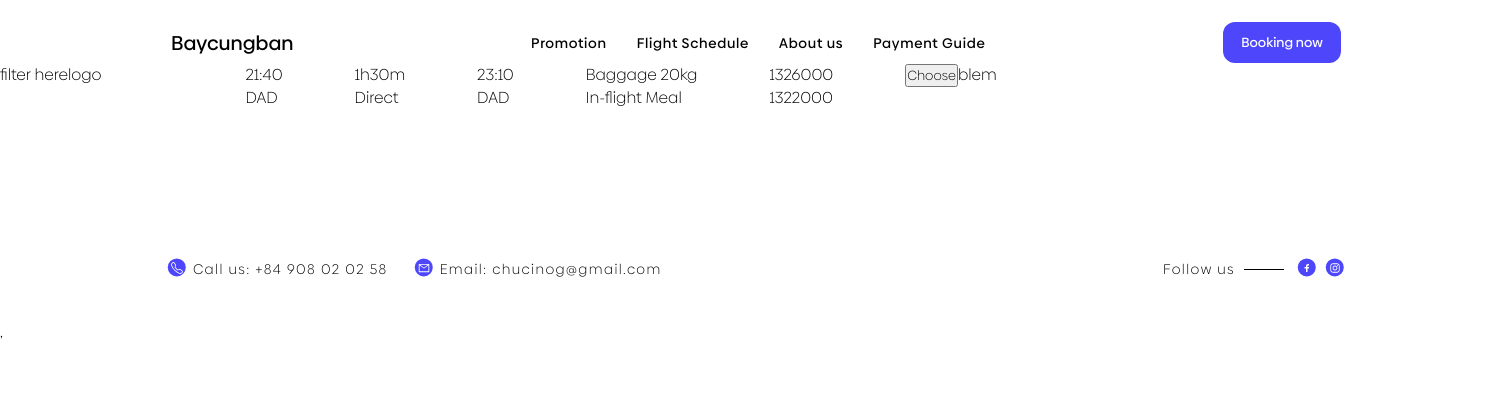
Repository: pinocoding/my-flying
Page: /list (app in my-flying/)
The author's editor kept a copy of each file at every save. The page is drawn from the files as they stood at one save, then again after the next save.
The browser window is 1280 px wide. The page is 1512 px wide, so the pictures cover 1512 px, including what lies to the right of the window. The pictures show the whole page.
The project was rebuilt for these pictures with package versions that can differ from the ones it lists, and the page was loaded fresh each time. Also part of the build but not shown: my-flying/src/components/InDecreaBtn/InDecreaBtn.js, my-flying/src/components/TravelBooking/TravelBooking.css, my-flying/src/components/TravelBooking/TravelBooking.js, my-flying/src/components/home/Home.css, my-flying/src/components/home/Home.js. Imported but missing from the stored project, and not drawn on this page: my-flying/src/reportWebVitals.

Above is the page before, as saved 2022-09-09 16:50:12.

### my-flying/src/index.js
import React from "react";
import ReactDOM from "react-dom/client";
import "./index.css";
import App from "./App";
import reportWebVitals from "./reportWebVitals";
import "./font/SVN-Biennale/Biennale-Bold.otf";
const root = ReactDOM.createRoot(document.getElementById("root"));
root.render(
  <React.StrictMode>
    <App />
  </React.StrictMode>
);

// If you want to start measuring performance in your app, pass a function
// to log results (for example: reportWebVitals(console.log))
// or send to an analytics endpoint. Learn more: https://bit.ly/CRA-vitals
reportWebVitals();

### my-flying/src/index.css
@font-face {
  font-family: "SVN-Biennale";
  src: local("SVN-Biennale"),
    url("./font/SVN-Biennale/Biennale-Light.otf") format("opentype");

  font-weight: 400;
}

@font-face {
  font-family: "SVN-Biennale";
  src: local("SVN-Biennale"),
    url("./font/SVN-Biennale/Biennale-Medium.otf") format("opentype");

  font-weight: 600;
}

### my-flying/src/App.js
import React from "react";

import { render } from "react-dom";
import { BrowserRouter, Routes, Route } from "react-router-dom";
import Home from "../src/components/Home/Home";
import List from "./components/List/List";
import "./App.css";
function App() {
  return (
    <div className="App">
      <BrowserRouter>
        <Routes>
          <Route path="/" element={<Home />} />
          <Route path="/list" element={<List />} />
        </Routes>
      </BrowserRouter>
      ,
    </div>
  );
}

export default App;

### my-flying/src/components/List/List.js
import React from "react";
import Header from "../Header/Header";
import Footer from "../Footer/Footer";
import "./List.css";
import FlightInfor from "../FlightsInfor/FlightInfor";
function List() {
  return (
    <div>
      <Header />

      <div className="list-container">
        <div className="list-filter">filter here</div>
        <div className="list-row">
          <FlightInfor />
        </div>
        <div className="list-userFlight">blem</div>
      </div>
      <Footer />
    </div>
  );
}

export default List;

### my-flying/src/App.css
* {
  box-sizing: border-box;
  margin: 0;
  padding: 0;
  scroll-behavior: smooth;
  font-family: "SVN-Biennale", Courier, monospace;
}
.App {
  width: 1512px;
  margin: 0 auto;
}

### my-flying/src/components/Header/Header.js
import React from "react";
import "./Header.css";

function Header() {
  return (
    <div className="header">
      <div className="header-logo">
        <div className="header-logo-name">Baycungban</div>
        {/* <div>img</div>
        <div>img</div> */}
      </div>

      <ul className="header-nav">
        <li>
          <a href="/#">Promotion</a>
        </li>
        <li>
          <a href="/flight-schedule">Flight Schedule</a>
        </li>
        <li>
          <a href="/#">About us</a>
        </li>
        <li>
          <a href="/#">Payment Guide</a>
        </li>
      </ul>

      <button className="header-booking">Booking now</button>
    </div>
  );
}

export default Header;

### my-flying/src/components/Footer/Footer.js
import React from "react";
import { BsTelephone } from "react-icons/bs";
import { AiOutlineMail, AiOutlineInstagram } from "react-icons/ai";
import { TiSocialFacebook } from "react-icons/ti";
import "./Footer.css";
function Footer() {
  return (
    <div className="footer">
      <ul>
        <li>
          <a href="/#" className="footer-link">
            <BsTelephone className="footer-icon" />
          </a>
          <span>Call us: +84 908 02 02 58</span>
        </li>

        <li>
          <a href="/#" className="footer-link">
            <AiOutlineMail className="footer-icon" />
          </a>
          <span>Email: chucinog@gmail.com</span>
        </li>
      </ul>

      <div>
        <span className="footer-follow">Follow us</span>
        <a href="/#" className="footer-link footer-facebook">
          <TiSocialFacebook className="footer-icon" />
        </a>
        <a href="/#" className="footer-link">
          <AiOutlineInstagram className="footer-icon" />
        </a>
      </div>
    </div>
  );
}

export default Footer;

### my-flying/src/components/List/List.css
.list-container {
  display: flex;
}

.list-row {
  width: 890px;
  height: 124px;
  border-radius: 12px;
}

### my-flying/src/components/FlightsInfor/FlightInfor.js
import React from "react";
import "./FlightInfor.css";

function FlightInfor() {
  return (
    <div className="flight-container">
      <ul>
        <li>logo</li>
        <li className="flight-name"></li>
        <li className="flight-time">
          <p>21:40</p>
          <p>DAD</p>
        </li>

        <li className="flight-direc">
          <p>1h30m</p>
          <p></p>
          <p>Direct</p>
        </li>
        <li className="flight-time">
          <p>23:10</p>
          <p>DAD</p>
        </li>

        <li className="flight-meal">
          <p>Baggage 20kg </p>
          <p>In-flight Meal </p>
        </li>

        <li className="flight-price">
          <p>1326000</p>
          <p>1322000</p>
        </li>
        <li className="flight-choose">
          <button>Choose</button>
        </li>
      </ul>
    </div>
  );
}

export default FlightInfor;

### my-flying/src/components/Header/Header.css
.header {
  display: flex;
  justify-content: space-between;
  text-align: center;
  padding: 22px 171px 0 171px;
}
.header-logo {
  display: flex;
}
.header-logo-name {
  font-weight: 600;
  font-size: 20px;
  align-items: center;
  display: flex;
}
.header-nav {
  display: flex;
  list-style: none;
  justify-content: space-between;
  gap: 0 30px;
  align-items: center;
}
.header-nav li a {
  color: rgba(0, 0, 0, 1);
  text-decoration: none;
  font-family: "SVN-Biennale";
  font-style: normal;
  font-weight: 600;
  font-size: 14px;
  line-height: 21px;

  text-align: center;
  letter-spacing: 0.05em;
}
.header-booking {
  background-color: rgba(77, 70, 250, 1);
  color: white;
  height: 41px;
  width: 118px;
  left: 1223px;
  top: 38px;
  border-radius: 12px;
  padding: 10px 16px 10px 16px;
  border: none;
  cursor: pointer;
  font-weight: 600;
}

### my-flying/src/components/Footer/Footer.css
.footer {
  display: flex;
  justify-content: space-between;
  text-align: center;
  width: 100%;
  padding: 70px 171px 40px 171px;
}
.footer ul {
  list-style: none;
  display: flex;
  gap: 0 30px;
}
.footer-link {
  position: relative;
}
.footer-icon {
  color: white;
  font-size: 12px;
}

.footer-link:after {
  content: "";
  position: absolute;
  top: 0;
  left: 0;
  width: 18px;
  height: 18px;
  border-radius: 50%;
  transform: translate(-18%, 8%);
  background-color: #4d46fa;

  z-index: -1;
}
.footer ul li span {
  padding-left: 10px;
  font-family: "SVN-Biennale";
  font-style: normal;
  font-weight: 400;
  font-size: 14px;
  line-height: 21px;
  /* identical to box height */

  letter-spacing: 0.1em;

  color: #000000;
}
.footer-follow {
  width: 72px;
  height: 21px;
  font-family: "SVN-Biennale";
  font-style: normal;
  font-weight: 400;
  font-size: 14px;
  line-height: 21px;
  /* identical to box height */

  letter-spacing: 0.1em;

  color: #000000;

  position: relative;
  margin-right: 50px;
}

.footer-follow:after {
  content: "";
  position: absolute;
  top: 50%;
  right: 0;
  width: 40px;
  height: 1px;
  left: 81px;
  background-color: black;

  z-index: -1;
}
.footer-facebook {
  margin: 0 16px 0 16px;
}

### my-flying/src/components/FlightsInfor/FlightInfor.css
.flight-container {
  width: 100%;
}

.flight-container ul {
  list-style: none;
  display: flex;
  justify-content: space-between;
}

After the next save:
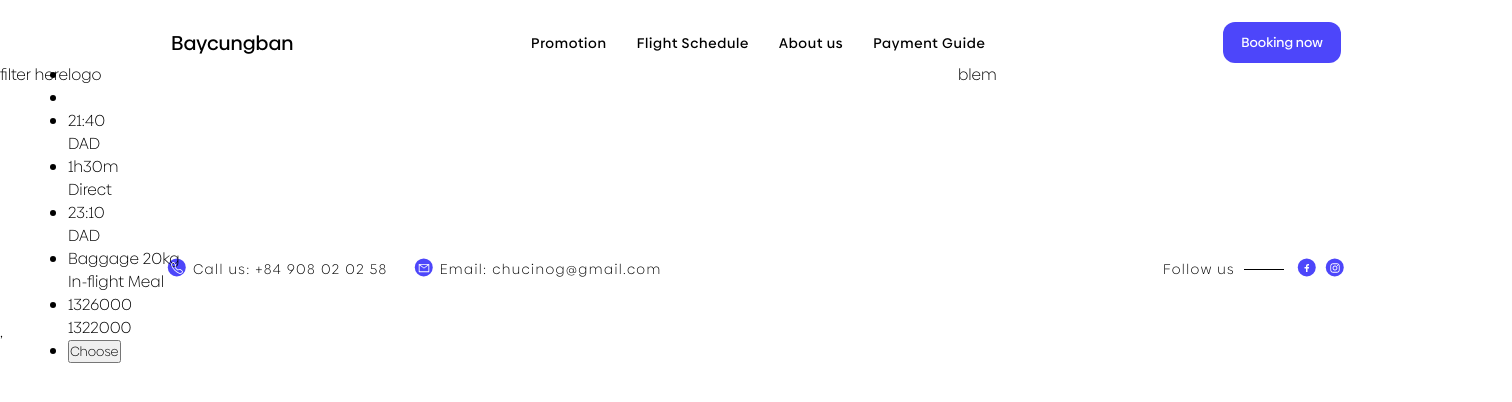
Saved 39 s later.
--- a/my-flying/src/components/FlightsInfor/FlightInfor.css
+++ b/my-flying/src/components/FlightsInfor/FlightInfor.css
@@ -2,8 +2,8 @@
   width: 100%;
 }
 
-.flight-container ul {
+/* .flight-container ul {
   list-style: none;
   display: flex;
   justify-content: space-between;
-}
+} */

After the save that followed:
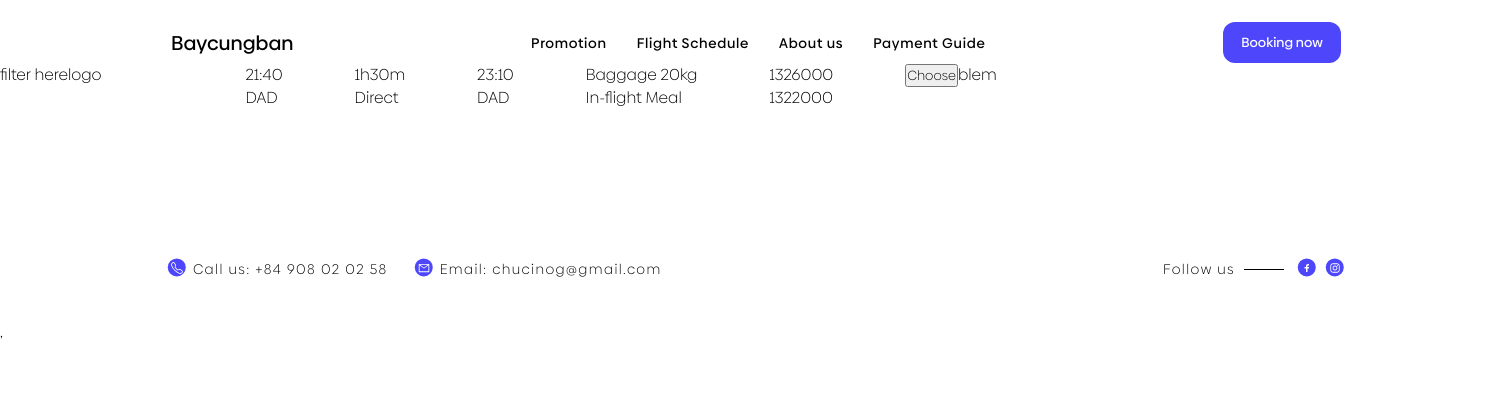
Saved 33 s later.
--- a/my-flying/src/components/FlightsInfor/FlightInfor.css
+++ b/my-flying/src/components/FlightsInfor/FlightInfor.css
@@ -2,8 +2,8 @@
   width: 100%;
 }
 
-/* .flight-container ul {
+.flight-container ul {
   list-style: none;
   display: flex;
   justify-content: space-between;
-} */
+}
